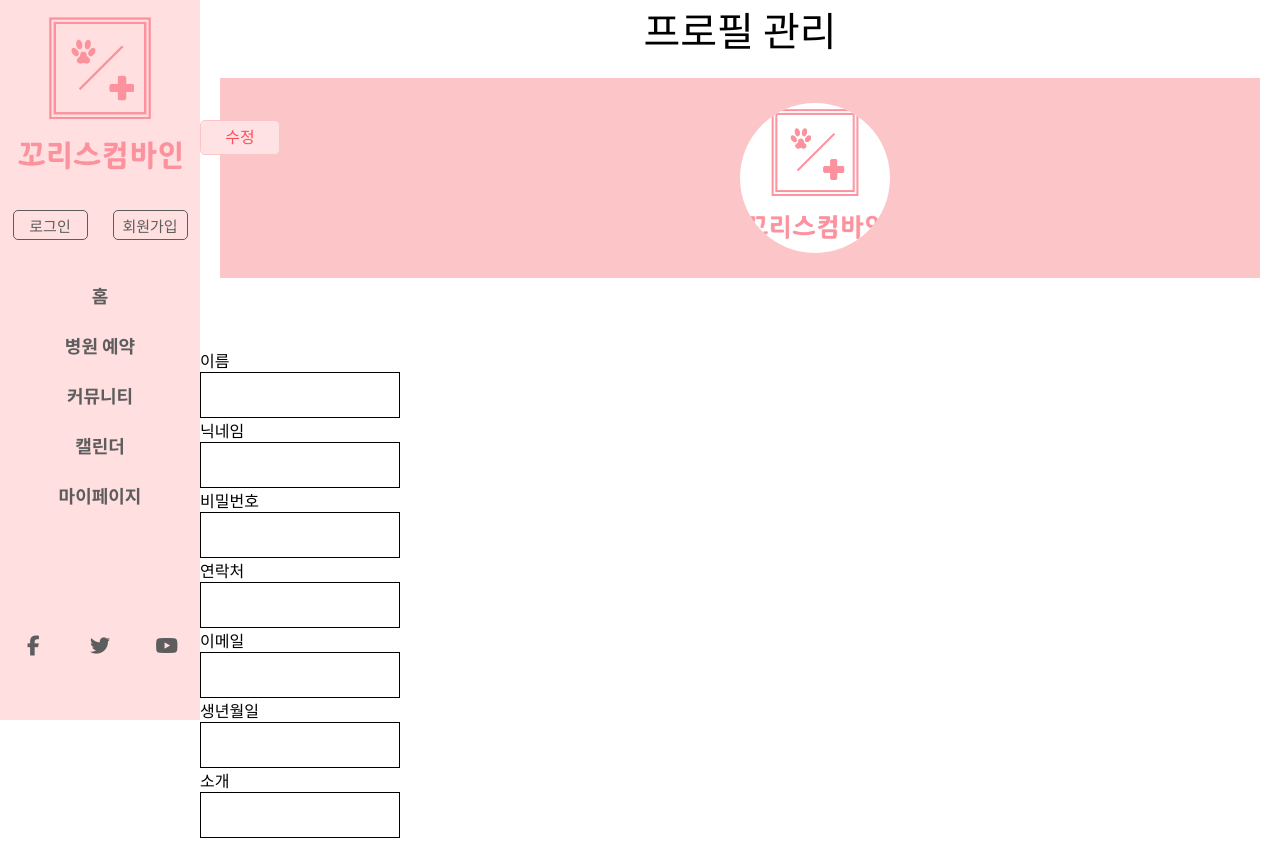
Repository: dodnam/kkoris
Page: http://localhost/1_kkoris/reservation2.jsp
The author's editor kept a copy of each file at every save. The page is drawn from the files as they stood at one save, then again after the next save.
The browser window is 1280 px wide. The pictures show the whole page.
Some web libraries are served in a nearby version. The page is served by Tomcat 9.

Above is the page before, as saved 2020-02-18 00:23:59.

### 1_kkoris/WebContent/reservation2.jsp
<%@ page language="java" contentType="text/html; charset=UTF-8"
    pageEncoding="UTF-8"%>
<!DOCTYPE html>
<html>
<head>
<meta charset="UTF-8">
<title>Insert title here</title>
<link rel="stylesheet" type="text/css" href="<%= request.getContextPath() %>/css/index.css"/>
<link rel="stylesheet" type="text/css" href="<%= request.getContextPath() %>/css/layout.css"/>
<style>
	.box_con{left:20px; right:20px; height:200px; background-color:#fcc6c9; position:absolute;}
	.box{width: 150px; height:150px; border-radius:70%; overflow:hidden; background-color:#fff;margin-top:25px;margin-left:50%}
	.profile{width: 100%; height:100%; object-fit:cover; display:block; margin:0px auto;}
	.userTitle{font-size:40px; text-align:center; top:30px;}
	.submit{line-height: 30px; text-align: center; background-color: #ffe3e4; color:#ff4e59;border: 1px solid #fcc6c9; border-radius: 5px; width: 80px; height: 35px; position: absolute;left:50%;top:20px; outline:none;}
	.boxBody{position:absolute; top:250px;}
	.submitBody{position:absolute; top:100px; margin:auto;}
</style>
</head>
<body>
	<%@ include file="views/layout.jsp" %>
	<div class="container">
    	<div class="userTitle">
			프로필 관리
    	</div>

    	<div class="input-container">
    		<div class="box_con">
	    		<div class="box">
	    			<img class="profile" src="<%= request.getContextPath() %>/images/logo.png">
	    		</div>
    		</div>
		    <div class="boxBody">
				<div class="input-box">
					<p class="input-label">이름</p><input type="text">
	    			<p class="input-label">닉네임</p><input type="text">
	    			<p class="input-label">비밀번호</p><input type="password">
	    			<p class="input-label">연락처</p><input type="text">
	    			<p class="input-label">이메일</p><input type="email">
	    			<p class="input-label">생년월일</p><input type="text">
	    			<p class="input-label">소개</p><input type="text">
	    		</div>
	    	</div>
    	</div>

    	<div class="submitBody">
    		<div class="submit">수정</div>
    	</div>
	</div>
</body>
</html>

### 1_kkoris/WebContent/views/layout.jsp
<%@ page language="java" contentType="text/html; charset=UTF-8"
    pageEncoding="UTF-8"%>
<!DOCTYPE html>
<html>
<head>
<meta charset="UTF-8">
<title>Insert title here</title>
<link href="https://fonts.googleapis.com/css?family=Noto+Sans+KR&display=swap" rel="stylesheet">
<script src="https://kit.fontawesome.com/18fd811fa1.js" crossorigin="anonymous"></script> <!-- sns아이콘 -->
<link rel="stylesheet" type="text/css" href="<%= request.getContextPath() %>/css/layout.css"/> <!-- 작성할 css를 연결 -->
</head>
<body>
	<header><!-- 헤더 -->
		<h1 class="logo"></h1>
		<nav>
      		<div class="login">
	        	<div><a href="#">로그인</a></div>
	        	<div><a href="#">회원가입</a></div>
	      	</div>
	      	<ul id="navigator">
	        	<li id="nav-home">
	         		<a href="#"><span>홈</span></a>
	         	</li>
	         	<li id="nav-hospital">
	         		<span>병원 예약</span>
         			<ul class="nav2-hospital" id="nav2-hospital">
         				<li><a href="#">병원 검색</a></li>
	         			<li><a href="#">예약 확인</a></li>
	         			<li><a href="#">병원 후기</a></li>
         			</ul>
	         	</li>
	         	<li id="nav-community">
	         		<span>커뮤니티</span>
         			<ul class="nav2-community" id="nav2-community">
	         			<li><a href="#">공지사항</a></li>
	         			<li><a href="#">후기 모아보기</a></li>
	         			<li><a href="#">지식 공유</a></li>
         			</ul>
	         	</li>
	         	<li id="nav-calendar">
	         		<a href="#"><span>캘린더</span></a>
	         	</li>
	         	<li id="nav-mypage">
	         		<span>마이페이지</span>
	         		<ul class="nav2-mypage" id="nav2-mypage">
		         		<li><a href="#">내 정보</a></li>
		         		<li><a href="#">예약 조회</a></li>
		         		<li><a href="#">포인트샵</a></li>
		         		<li><a href="#">내가 쓴 글 조회</a></li>
	         		</ul>
	         	</li>
	      	</ul>
		<dl>
	    	<dt class="blind">sns</dt>
	        <dd><a href="#"><i class="fab fa-facebook-f"></i></a></dd>
	        <dd><a href="#"><i class="fab fa-twitter"></i></a></dd>
	        <dd><a href="#"><i class="fab fa-youtube"></i></a></dd>
		</dl>
		</nav>
	</header>
	<footer></footer>
</body>
</html>

### 1_kkoris/WebContent/css/index.css
@charset "UTF-8";
/* 컨테이너 */
div.container{position: absolute; top:0; left:0; padding-left:200px; height:100%; width:100%; box-sizing:border-box;}
/* 섹션이 현재 1개이기 때문에 100% 2개면 200%, 3개면 300% */
/* 참고	section:nth-of-type(1) {section 중 첫번째 section에 접근} */
section.main {position:relative; height:100%; width:100%; background: url(../images/main-bg.jpg) no-repeat center center; background-size: contain;}
section.main > article.quickMenu > ul {position: absolute; top:calc(50% - 50px); left:calc(50% - 25%); width: 50%; height: 100px; display: flex;}
section.main > article.quickMenu {position: relative; width: 100%; height: 100%; background: rgba(0, 0, 0, 0.2);}
section.main > article.quickMenu > ul > li {width: 25%; height:100px;}
section.main > article.quickMenu > ul > li > a {color: #5d5d5d; display:block; font-size: 5em; text-align:center;}
section.main > article.quickMenu > ul > li > a > span {display: block; font-size: 15px;}
section.main > article.quickMenu > ul > li > a:hover {color: #fb929e;}

### 1_kkoris/WebContent/css/layout.css
@charset "UTF-8";
* {margin: 0; padding: 0; font-family: 'Noto Sans KR', sans-serif;}
*, *:before, *:after {box-sizing: border-box;}
html, body {width: 100%; height: 100%;}
table{border-collapse: collapse;}
img,fieldset{border: none;}
ol,ul{list-style: none;}
h1,h2,h3,h4,h5,h6{font-weight: normal; font-size: 100%;}
q:after,q:before{content: "";}
abbr,acronym{border:none;} /* 축약어 */
img,input,select{vertical-align: middle;}
hr{display: none;}
a {text-decoration: none; color: #000;}
header {position: fixed; width: 200px; height: 100%; background: #ffdfdf; z-index: 30;}
input{outline: none; background: none;}
.blind{position: absolute;left: 0;top: 0;width: 0;height: 0;font-size: 0;line-height: 0;text-indent: -9999px;overflow: hidden;visibility: hidden;}
.displaynone{display: none;}

/* input타입 1 (커서유입에 따른 스타일 변화)
	<div class="input-container"><label class="input-label">아이디</label><input type=""></div>
*/
div.input-container {position: relative; display: block; margin: 20px 0;}
div.input-container > input {width: 100%; height: 40px; line-height: 40px; font-size: 16px; border: none; border-bottom: 1px solid #5d5d5d;}
div.input-container.focus > input:focus {border-bottom: 1px solid #fb929e;}
label.input-label {position: absolute; font-size: 16px; transform: translateY(10px); color: #5d5d5d; transition: transform 0.2s ease; z-index: -1;}
div.input-container.focus > label.input-label {font-size: 12px; transform: translateY(-5px); text-transform: uppercase;}
div.input-container.focus.on > label.input-label {color: #fb929e;}

/* input타입 2 (박스형)
	<div class="input-box"><p class="input-label">라벨명</p><input type=""></div>
*/
div.input-box {position: relative; display: block; margin: 20px 0;}
div.input-box > input {width: 100%; padding: 10px; font-size: 16px; border: 1px solid #000;}
p.input-label {font-size: 16px; color: #000;}
p.input-info {font-size: 14px; color: #5d5d5d;}

/* input radio
	<input type="radio" name="test"><label class="radioLabel">라벨명1</label>
	<input type="radio" name="test"><label class="radioLabel">라벨명2</label>
*/
input[type=radio] {display: none;}
label.radioLabel {display: inline-block; position: relative; padding: 0 30px; cursor: pointer; line-height: 18px;}
label.radioLabel:before, label.radioLabel:after {position: absolute; border-radius: 50%; content: '';}
label.radioLabel:before {left: 0; top: 0; width: 18px; height: 18px; border: 2px solid #000;}
label.radioLabel:after {top: 5px; left: 5px; width: 8px; height: 8px; background: #fb929e; transform: scale(0);}
input[type="radio"]:checked + label.radioLabel:before {border-color: #fb929e; }
input[type="radio"]:checked + label.radioLabel:after {transform: scale(1);}

/* input submit
	<form>에서 submit되는 버튼을 위한 css (단, 검색 등의 다른 버튼은 blue베이스 스타일로 사용)
*/
div.input-submit {display: block; text-align: center; padding: 15px;}
input[type="submit"] {min-width: 50px; height: 30px; cursor: pointer; background: #ffdfdf; color: #5d5d5d; font-size: 14px; font-weight: 600; border: none; border-radius: 5px;}
input[type="submit"]:hover {background: #fb929e; color: #fff;}

/* select 옵션  */
div > select {font-size: 10pt; width: 100px; padding: .7em .5em; font-family: inherit; background: url(https://farm1.staticflickr.com/379/19928272501_4ef877c265_t.jpg) no-repeat 95% 50%; -webkit-appearance: none; -moz-appearance: none; appearance: none; outline:none; border:1px solid #5d5d5d;}

/* input 검색 (class="search_input") */
div > span > input.search_input{width: 250px;  padding: 12px 24px; font-size: 14px; line-height: 18px; color: #575756; background-size: 18px 18px; border-radius: 50px; border: 1px solid #5d5d5d; backface-visibility: hidden; right:20px; outline:none;}


/* 영역
	<div class="container">		// 아래css 외에 특정 스타일을 주어야할 때, 클래스를 추가로 부여하여 사용했음 (ex. class="container login")
		<div class="contents">
			구현 영역
		</div>
	</div>
*/
div.container {position: absolute; top:0; left:0; padding-left:200px; width: 100%; height: 100%; margin: 0 auto; box-sizing: border-box;}
div.contents {position:relative; margin: 0 auto;}
div.contents > h2 {font-weight: 700; font-size: 30px; color: #000; padding: 15px 0; text-align: center;}


/** 헤더 **/
h1.logo {
	text-indent: -9999px; overflow: hidden; width: 180px; height: 180px;
	margin: 10px auto; /* auto는 중앙에 놓음 */
	background: url(../images/logo.png) no-repeat; background-size: contain; /*contain = h1 사이즈에 맞춤*/
}
nav > div.login {display: flex; justify-content:space-around; font-size: 15px;}
				/*블락요소로 가로 정렬 함*/
nav > div.login > div {width: 75px; height: 30px;} /* 위 아래 마진, 좌 우 마진*/
nav > div.login > div > a {display: block; width: 100%; height: 100%; line-height: 30px; text-align: center; border: 1px solid #5d5d5d; border-radius: 5px;}
nav > div.login > div > a:hover {color: #fb929e; border: none; background: #fff6f6; font-weight: 600}

/* 메뉴 */
nav {margin-top: 20px;}
nav * {color: #5d5d5d;}
nav > ul {margin-top: 30px; text-align: center;}
nav > ul > li {width: 100%;}
nav > ul > li:hover {background: #fff6f6;}
nav > ul > li span {display:block; width: 100%; height: 100%; line-height: 50px; font-size: 18px; font-weight: 600; border-radius: 10px; cursor: pointer;}
nav > ul > li span:hover {color: #fb929e;}

nav > ul > li > ul[class^=nav2] {display: none;}
nav > ul > li > ul[class^=nav2] > li > a {display: block; line-height: 40px; font-size: 16px;}
nav > ul > li > ul[class^=nav2] > li > a:hover {color: #fb929e; font-weight: 600;}

nav > ul > li:hover > ul[class^=nav2] {display: block;}

/* sns */
nav > dl {position:absolute; bottom:50px; width:100%; height:50px; display:flex; justify-content:space-around;}
nav > dl > dd {width:50px; text-align:center;}
nav > dl > dd > a {display: block; width: 100%; height:100%; font-size:20px; line-height:50px; transition:all 0.2s ease 0s;}
nav > dl > dd > a:hover {font-size:25px;}

footer {position: fixed; bottom: 10px;}

After the next save:
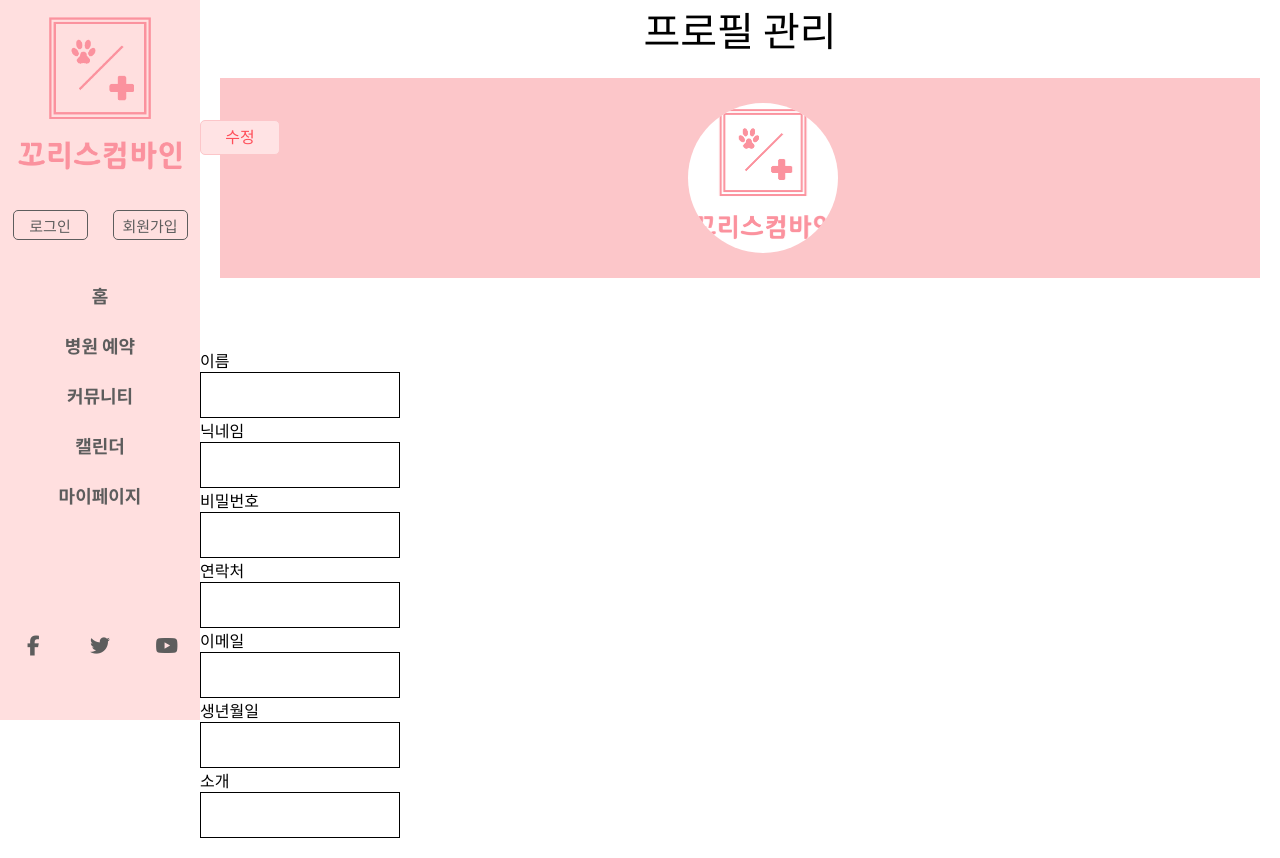
Saved 16 s later.
--- a/1_kkoris/WebContent/reservation2.jsp
+++ b/1_kkoris/WebContent/reservation2.jsp
@@ -9,7 +9,7 @@
 <link rel="stylesheet" type="text/css" href="<%= request.getContextPath() %>/css/layout.css"/>
 <style>
 	.box_con{left:20px; right:20px; height:200px; background-color:#fcc6c9; position:absolute;}
-	.box{width: 150px; height:150px; border-radius:70%; overflow:hidden; background-color:#fff;margin-top:25px;margin-left:50%}
+	.box{width: 150px; height:150px; border-radius:70%; overflow:hidden; background-color:#fff;margin-top:25px;margin-left:45%}
 	.profile{width: 100%; height:100%; object-fit:cover; display:block; margin:0px auto;}
 	.userTitle{font-size:40px; text-align:center; top:30px;}
 	.submit{line-height: 30px; text-align: center; background-color: #ffe3e4; color:#ff4e59;border: 1px solid #fcc6c9; border-radius: 5px; width: 80px; height: 35px; position: absolute;left:50%;top:20px; outline:none;}
